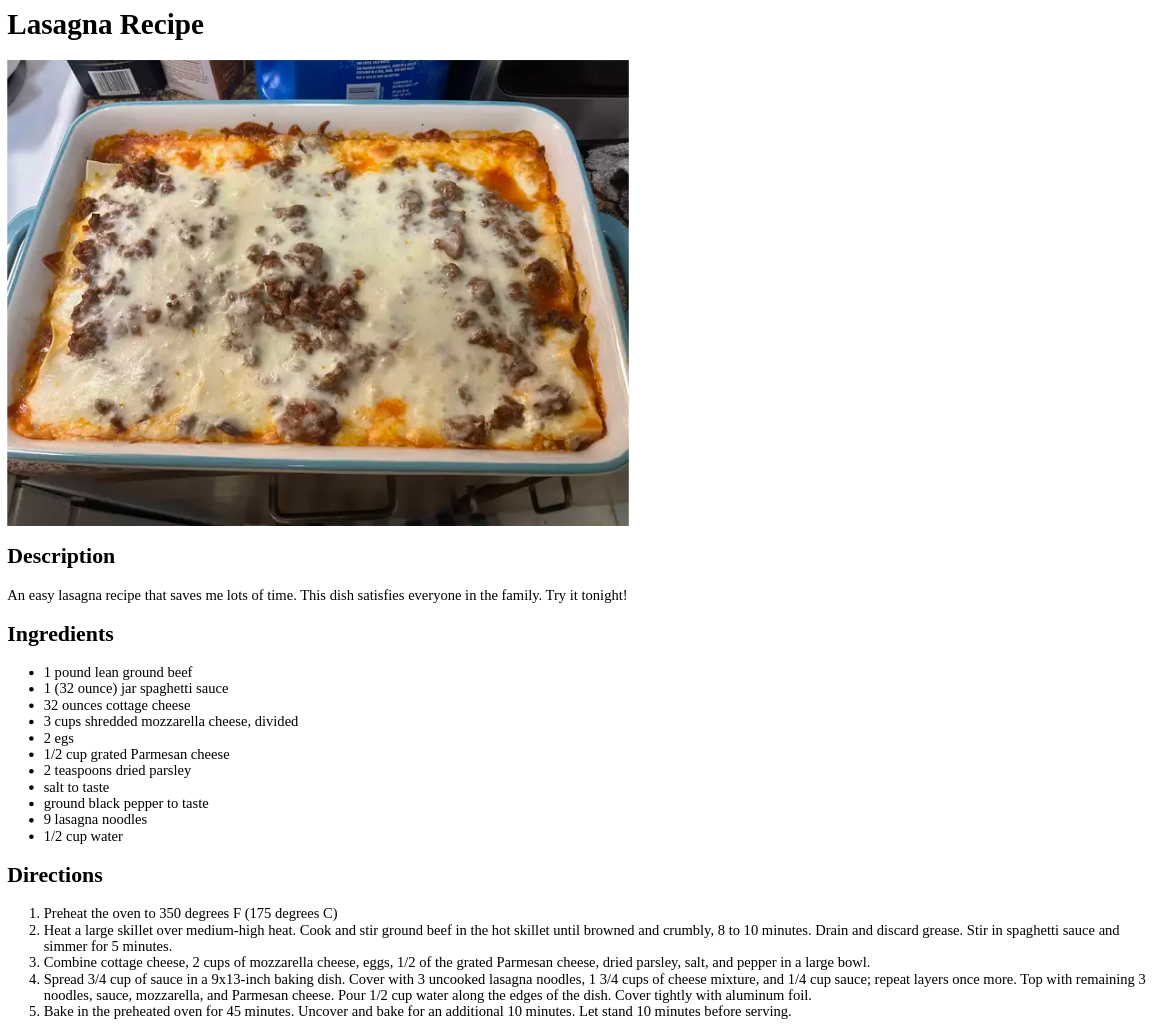
Repository: rsoetydev/odin-recipes
Page: recipes/pinklemonade.html
The author's editor kept a copy of each file at every save. The page is drawn from the files as they stood at one save, then again after the next save.
The browser window is 1280 px wide. The pictures show the whole page, at 91% of full size.

Above is the page before, as saved 2023-11-25 11:28:57.

After the next save:
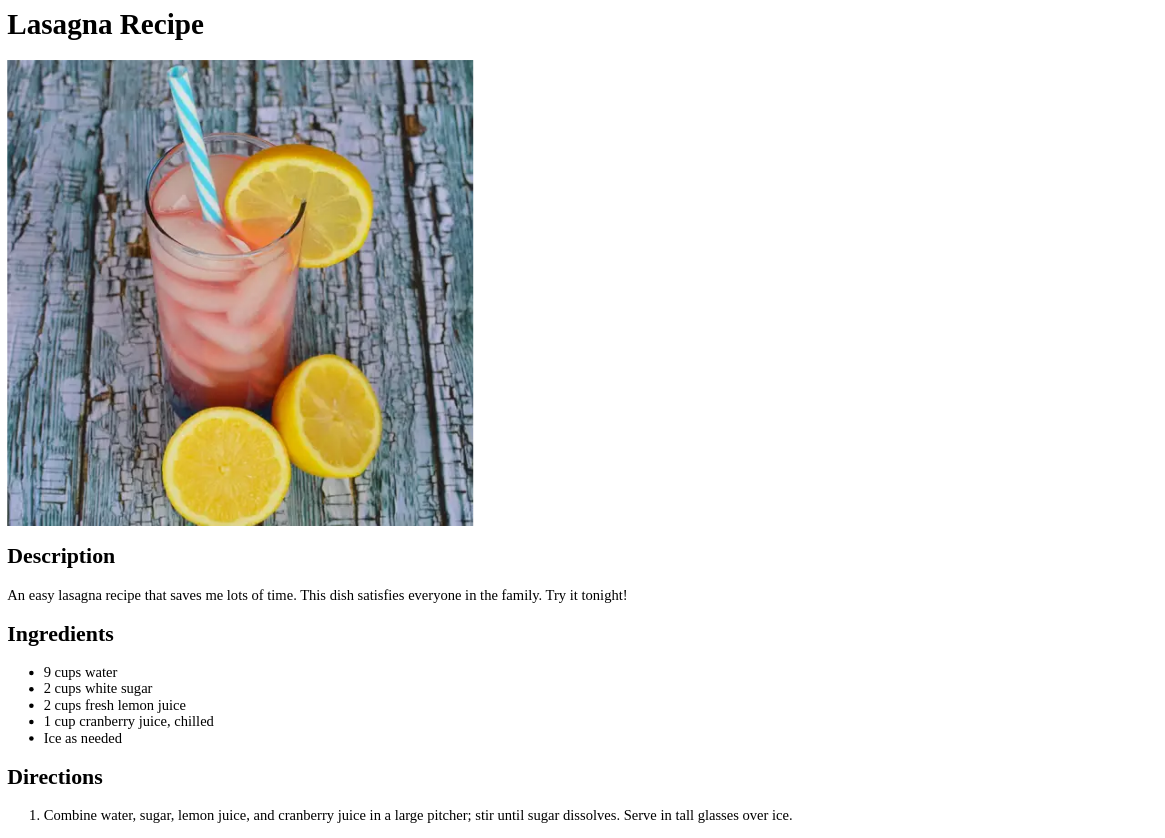
Saved 65 s later.
--- a/recipes/pinklemonade.html
+++ b/recipes/pinklemonade.html
@@ -1,29 +1,19 @@
 <h1>Lasagna Recipe</h1>
-<img src="./images/lasagna.webp" alt="Lasagna Picture">
+<img src="./images/pinklemonade.webp" alt="Pink Lemonade Picture">
 
 <h2>Description</h2>
 <p>An easy lasagna recipe that saves me lots of time. This dish satisfies everyone in the family. Try it tonight!</p>
 
 <h2>Ingredients</h2>
 <ul>
-    <li>1 pound lean ground beef</li>
-    <li>1 (32 ounce) jar spaghetti sauce</li>
-    <li>32 ounces cottage cheese</li>
-    <li>3 cups shredded mozzarella cheese, divided</li>
-    <li>2 egs</li>
-    <li>1/2 cup grated Parmesan cheese</li>
-    <li>2 teaspoons dried parsley</li>
-    <li>salt to taste</li>
-    <li>ground black pepper to taste</li>
-    <li>9 lasagna noodles</li>
-    <li>1/2 cup water</li>
+    <li>9 cups water</li>
+    <li>2 cups white sugar</li>
+    <li>2 cups fresh lemon juice</li>
+    <li>1 cup cranberry juice, chilled</li>
+    <li>Ice as needed</li>
 </ul>
 
 <h2>Directions</h2>
 <ol>
-    <li>Preheat the oven to 350 degrees F (175 degrees C)</li>
-    <li>Heat a large skillet over medium-high heat. Cook and stir ground beef in the hot skillet until browned and crumbly, 8 to 10 minutes. Drain and discard grease. Stir in spaghetti sauce and simmer for 5 minutes.</li>
-    <li>Combine cottage cheese, 2 cups of mozzarella cheese, eggs, 1/2 of the grated Parmesan cheese, dried parsley, salt, and pepper in a large bowl.</li>
-    <li>Spread 3/4 cup of sauce in a 9x13-inch baking dish. Cover with 3 uncooked lasagna noodles, 1 3/4 cups of cheese mixture, and 1/4 cup sauce; repeat layers once more. Top with remaining 3 noodles, sauce, mozzarella, and Parmesan cheese. Pour 1/2 cup water along the edges of the dish. Cover tightly with aluminum foil.</li>
-    <li>Bake in the preheated oven for 45 minutes. Uncover and bake for an additional 10 minutes. Let stand 10 minutes before serving.</li>
+    <li>Combine water, sugar, lemon juice, and cranberry juice in a large pitcher; stir until sugar dissolves. Serve in tall glasses over ice.</li>
 </ol>
